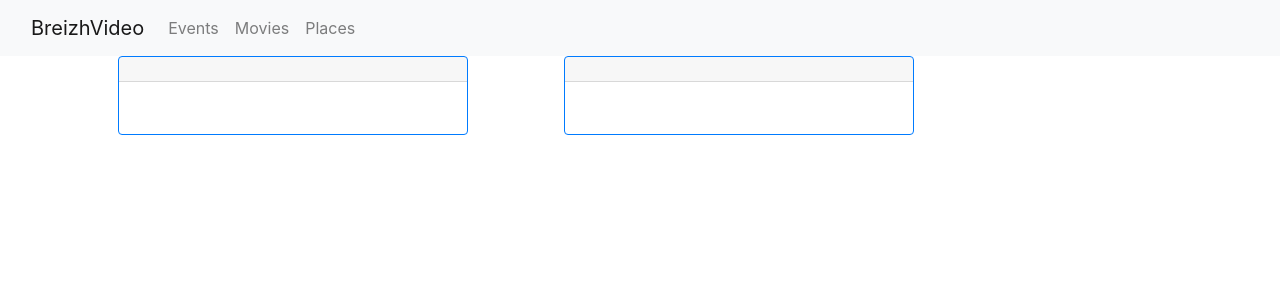
Repository: romgrm/Hackaton_BreizhVideo_FRONT
Page: /Movies
These files come from the project's save history. The page is drawn as it stood at one moment and after the next save; the edit follows.
The browser window is 1280 px wide. The pictures show the whole page.
The page's requests for data from a server got no answer. The project was rebuilt for these pictures with package versions that can differ from the ones it lists, and the page was loaded fresh each time. No one was signed in, and anything a server would have sent is missing. Also part of the build but not shown: src/Components/Events.js, src/Components/Village.js.

Above is the page before, as saved 2020-12-21 16:18:19.

After the next save:
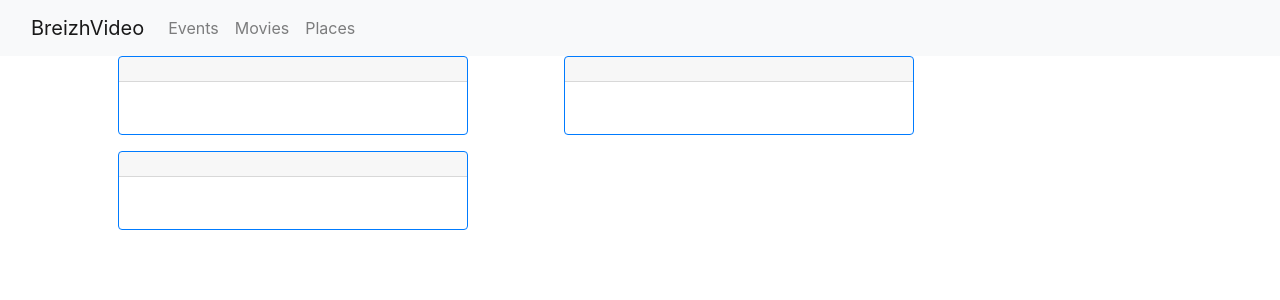
Saved 17 s later.
--- a/src/Components/Films.js
+++ b/src/Components/Films.js
@@ -50,6 +50,19 @@ export default function Films() {
                         ))}</p>
                     </div>
                 </div>
+                <div class="card border-primary mb-3 mx-5" style={{ width: 350 }}>
+                    <div class="card-header">{film.map((current) => (
+                        current.title
+                    ))}</div>
+                    <div class="card-body text-primary">
+                        <p class="card-title">{film.map((current, index) => (
+                            current.releaseYear
+                        ))}</p>
+                        <p class="card-text">{film.map((current) => (
+                            current.description
+                        ))}</p>
+                    </div>
+                </div>
             </div>
         </div>
     )
